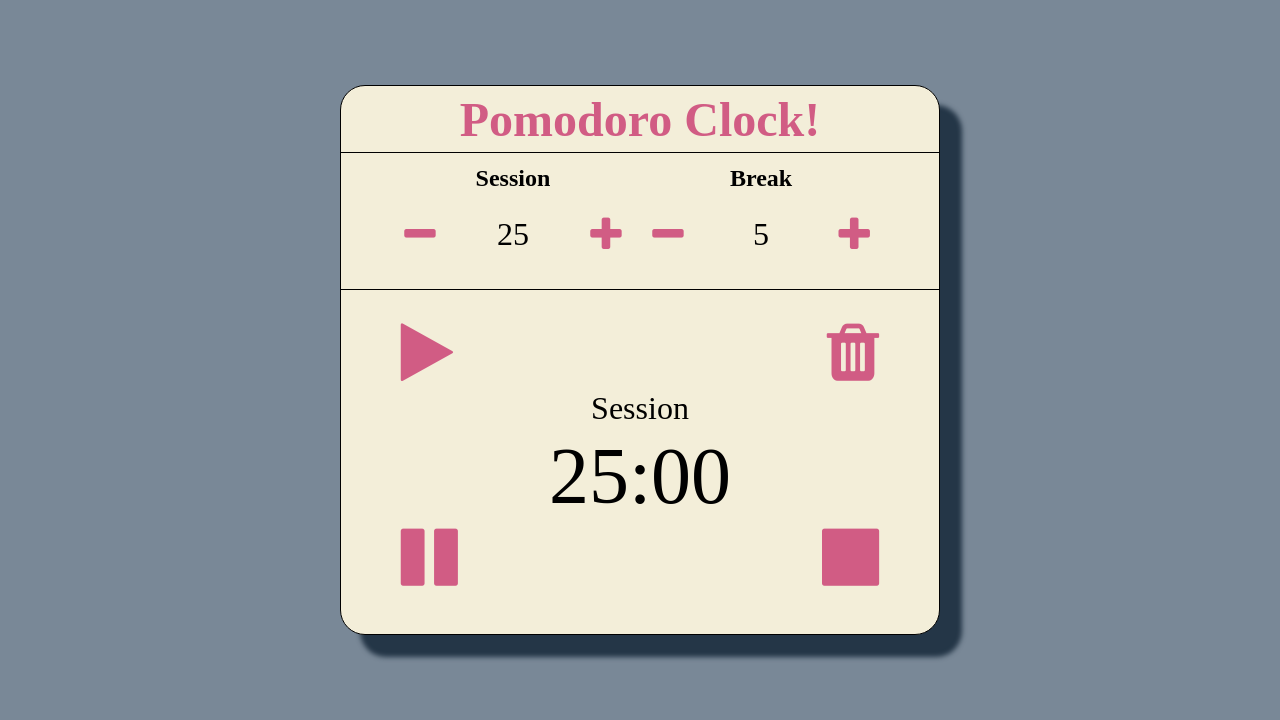
Repository: mcostigliola/pomodoroTimer
Page: index.html
These files come from the project's save history. The page is drawn as it stood at one moment and after the next save; the edit follows.
The browser window is 1280 px wide. The pictures show the whole page.

Above is the page before, as saved 2020-06-11 19:37:11.

After the next save:
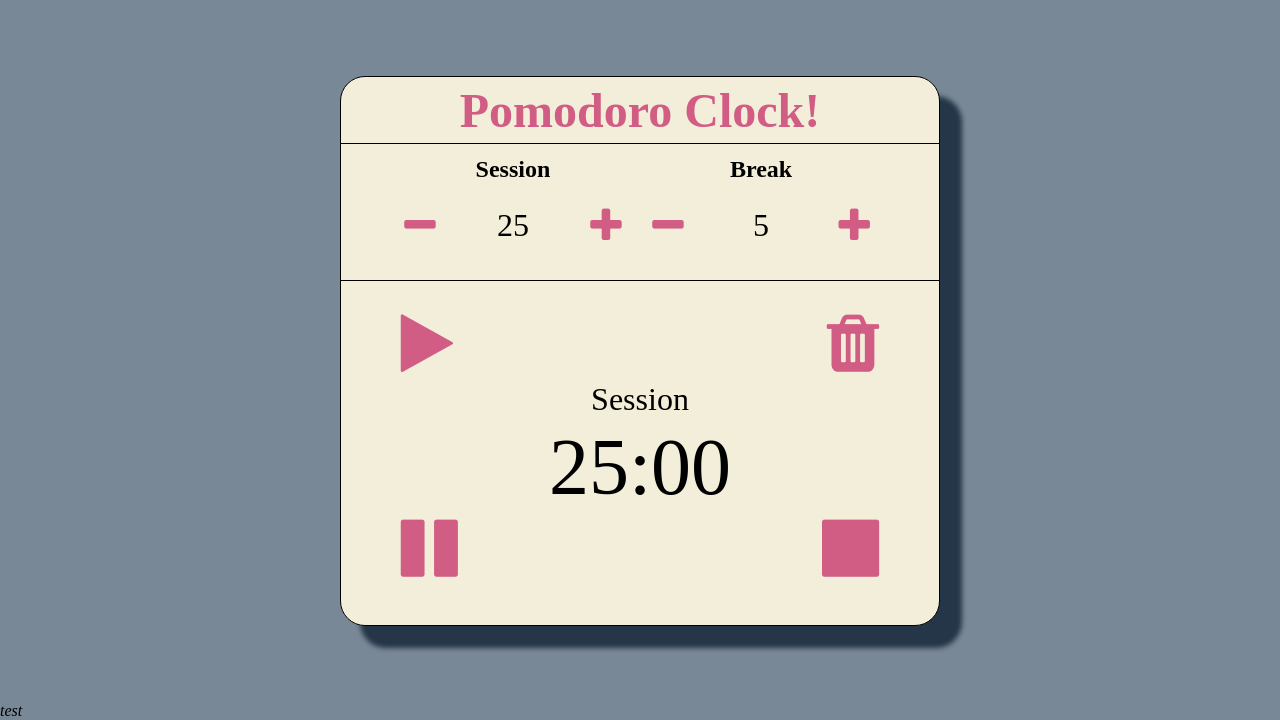
Saved 4 min 50 s later.
--- a/index.html
+++ b/index.html
@@ -50,15 +50,14 @@
        <p id="status">Session</p>
        <p id="timer">25:00</p>
        <div class="btn-container">
-         <button id="btn-pause"><i class="fa fa-5x fa-pause" aria-hidden="true"></i>
-</button>
-         <button id="btn-stop"><i class="fa fa-5x fa-stop" aria-hidden="true"></i>
-</button>
+         <button id="btn-pause"><i class="fa fa-5x fa-pause" aria-hidden="true"></i></button>
+         <button id="btn-stop"><i class="fa fa-5x fa-stop" aria-hidden="true"></i></button>
        </div>
-
     </div>
   </div>
-
+  <footer>
+    <em>test</em>
+  </footer>
   <script src='main.js'></script>
 </body>
 </html>
